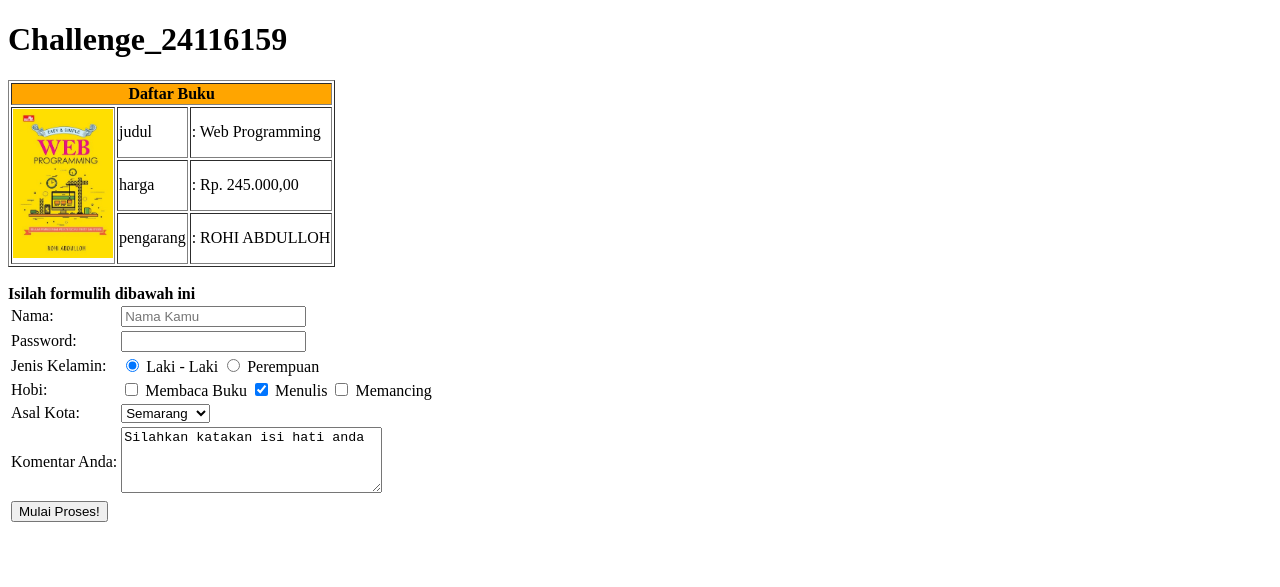
Repository: Nabils27/challenge-html
Page: Challenge_24.11.6159.html
These files come from the project's save history. The page is drawn as it stood at one moment and after a run of saves; the edit follows.
The browser window is 1280 px wide. The pictures show the whole page.

Above is the page before, as saved 2026-04-20 11:01:22.

After the next 4 saves:
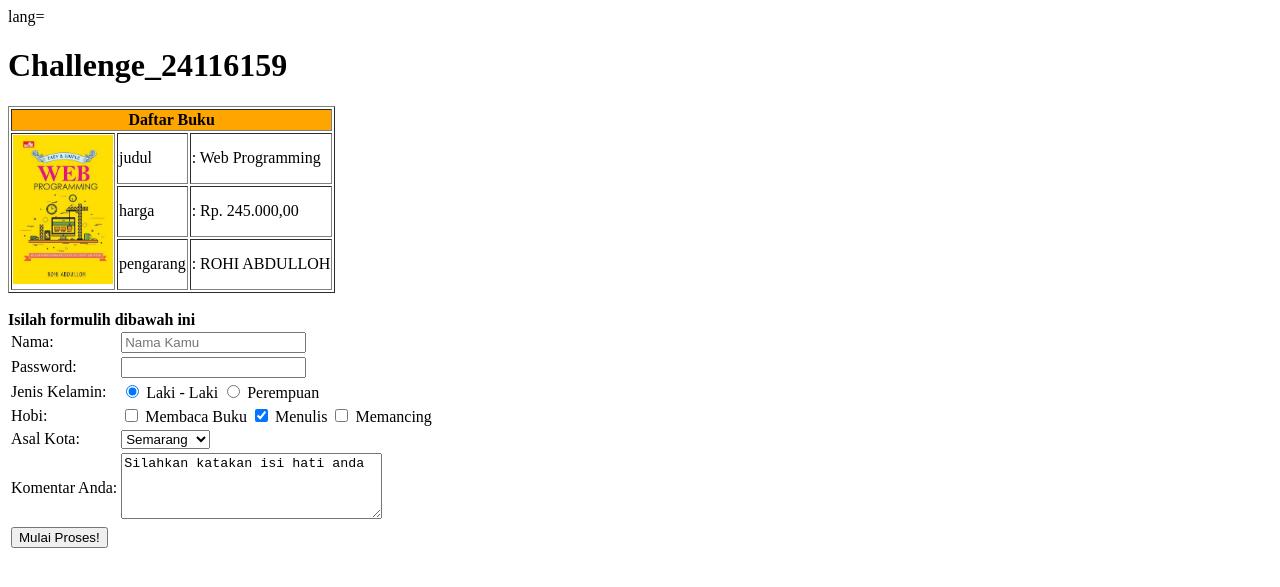
The 4 saves are shown as one change because they came seconds apart.
The last was saved 6 min 29 s later.
--- a/Challenge_24.11.6159.html
+++ b/Challenge_24.11.6159.html
@@ -1,5 +1,5 @@
 <!DOCTYPE html>
-<html>
+<html> lang=<id></id>
 <head>
     <title>Challenge_24116159</title>
 </head>
